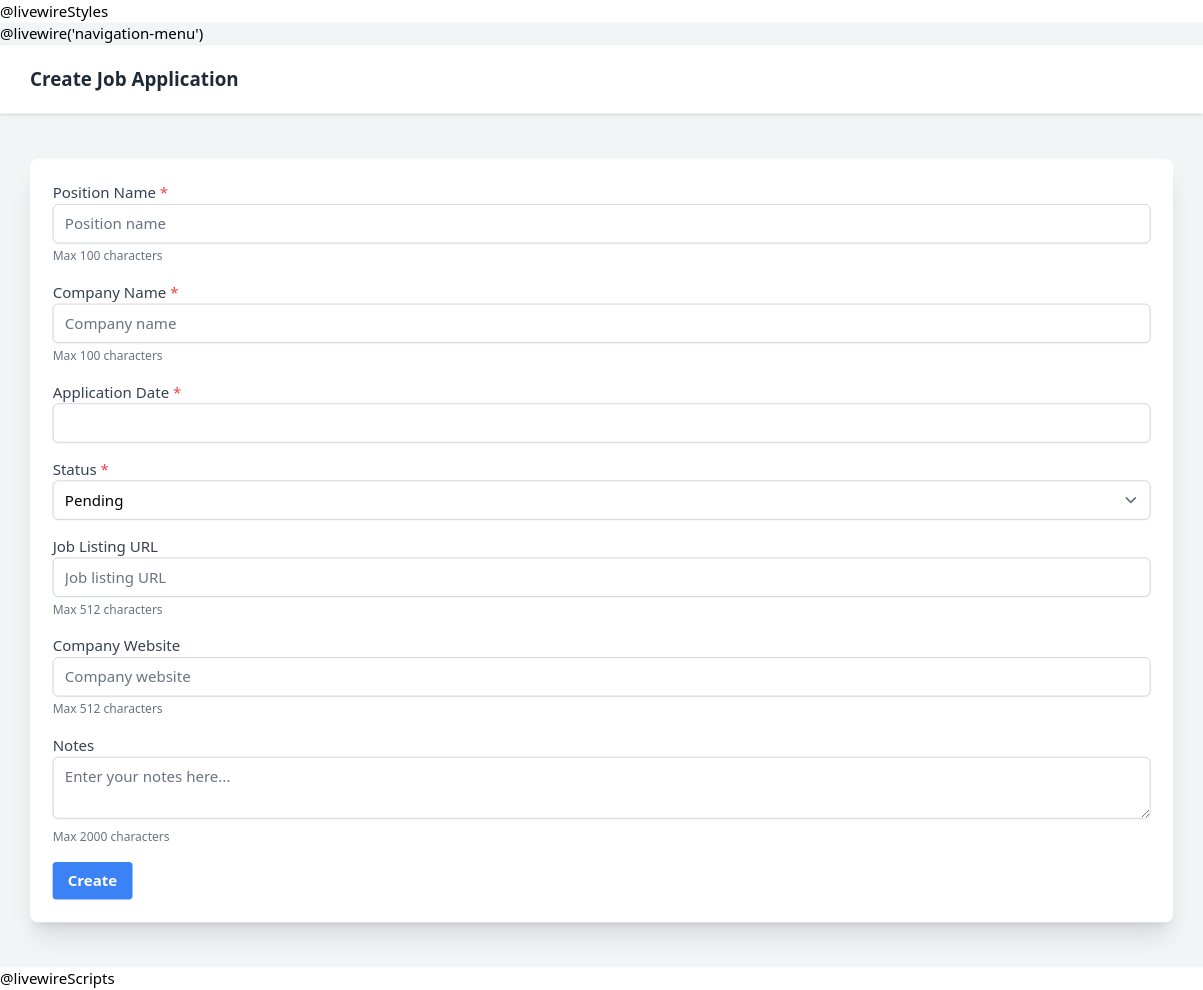
Repository: asanduk/vodafone
Page: resources/views/job-applications/create.blade.php
These files come from the project's save history. The page is drawn as it stood at one moment and after the next save; the edit follows.
The browser window is 1280 px wide. The pictures show the whole page, at 94% of full size.
An inner scrolling area shows only its first screen. The page is served by the project's Laravel application, run on PHP 8.4 with Laravel 12. Other server files are loaded and not shown. The template is opened directly, without the code that normally fills it, so the values that code supplies are empty.

Above is the page before, as saved 2024-11-18 22:48:29.

### routes/web.php
<?php

use Illuminate\Support\Facades\Route;
use App\Http\Controllers\JobApplicationController;
use App\Http\Controllers\HomeController;

Route::get('/', function () {
    return view('welcome');
});

Route::get('job-applications/export', [JobApplicationController::class, 'export'])->name('job-applications.export');


Route::middleware([
    'auth:sanctum',
    config('jetstream.auth_session'),
    'verified',
])->group(function () {
    // Dashboard görünümü için HomeController kullanımı
    Route::get('/dashboard', [HomeController::class, 'index'])->name('dashboard');
});

// İş başvuruları için resource controller tanımlamaları
Route::middleware(['auth:sanctum', 'verified'])->group(function () {
    Route::resource('job-applications', JobApplicationController::class);
});

### resources/views/job-applications/create.blade.php
<x-app-layout>
    <x-slot name="header">
        <h2 class="font-semibold text-xl text-gray-800 leading-tight">
            {{ __('Create Job Application') }}
        </h2>
    </x-slot>

    <div class="py-12">
        <div class="max-w-7xl mx-auto sm:px-6 lg:px-8">
            <div class="bg-white overflow-hidden shadow-xl sm:rounded-lg p-6">
                <form action="{{ route('job-applications.store') }}" method="POST">
                    @csrf

                    <div class="form-group mb-4">
                        <label for="position" class="block text-gray-700 font-medium">Position Name <span class="text-red-500">*</span></label>
                        <input type="text" name="position" id="position" class="form-control w-full border border-gray-300 rounded-md shadow-sm focus:ring focus:ring-blue-500" required maxlength="100" placeholder="Position name">
                        <small class="text-gray-500">Max 100 characters</small>
                    </div>

                    <div class="form-group mb-4">
                        <label for="company_name" class="block text-gray-700 font-medium">Company Name <span class="text-red-500">*</span></label>
                        <input type="text" name="company_name" id="company_name" class="form-control w-full border border-gray-300 rounded-md shadow-sm focus:ring focus:ring-blue-500" required maxlength="100" placeholder="Company name">
                        <small class="text-gray-500">Max 100 characters</small>
                    </div>

                    <div class="form-group mb-4">
                        <label for="applied_at" class="block text-gray-700 font-medium">Application Date <span class="text-red-500">*</span></label>
                        <input type="date" name="applied_at" id="applied_at" class="form-control w-full border border-gray-300 rounded-md shadow-sm focus:ring focus:ring-blue-500" required>
                    </div>

                    <div class="form-group mb-4">
                        <label for="status" class="block text-gray-700 font-medium">Status <span class="text-red-500">*</span></label>
                        <select name="status" id="status" class="form-control w-full border border-gray-300 rounded-md shadow-sm focus:ring focus:ring-blue-500">
                            <option value="pending">Pending</option>
                            <option value="interview">Interview Scheduled</option>
                            <option value="rejected">Rejected</option>
                            <option value="offered">Offer Received</option>
                        </select>
                    </div>

                    <div class="form-group mb-4">
                        <label for="job_listing_url" class="block text-gray-700 font-medium">Job Listing URL</label>
                        <input type="url" name="job_listing_url" id="job_listing_url" class="form-control w-full border border-gray-300 rounded-md shadow-sm focus:ring focus:ring-blue-500" maxlength="512" placeholder="Job listing URL">
                        <small class="text-gray-500">Max 512 characters</small>
                    </div>

                    <div class="form-group mb-4">
                        <label for="company_website_url" class="block text-gray-700 font-medium">Company Website</label>
                        <input type="url" name="company_website_url" id="company_website_url" class="form-control w-full border border-gray-300 rounded-md shadow-sm focus:ring focus:ring-blue-500" maxlength="512" placeholder="Company website">
                        <small class="text-gray-500">Max 512 characters</small>
                    </div>

                    <div class="form-group mb-4">
                        <label for="notes" class="block text-gray-700 font-medium">Notes</label>
                        <textarea name="notes" id="notes" class="form-control w-full border border-gray-300 rounded-md shadow-sm focus:ring focus:ring-blue-500" maxlength="2000" placeholder="Enter your notes here..."></textarea>
                        <small class="text-gray-500">Max 2000 characters</small>
                    </div>

                    <button type="submit" class="bg-blue-500 hover:bg-blue-700 text-white font-bold py-2 px-4 rounded">
                        Create
                    </button>

                    @if ($errors->any())
                        <div class="mt-4">
                            <ul class="text-red-500">
                                @foreach ($errors->all() as $error)
                                    <li>{{ $error }}</li>
                                @endforeach
                            </ul>
                        </div>
                    @endif
                </form>
            </div>
        </div>
    </div>
</x-app-layout>

### resources/views/layouts/app.blade.php
<!DOCTYPE html>
<html lang="{{ str_replace('_', '-', app()->getLocale()) }}">
    <head>
        <meta charset="utf-8">
        <meta name="viewport" content="width=device-width, initial-scale=1">
        <title>{{ config('app.name', 'Jobify') }}</title>

        <!-- Fonts -->
        <link href="https://cdn.jsdelivr.net/npm/tailwindcss@2.2.19/dist/tailwind.min.css" rel="stylesheet">
        <link rel="stylesheet" href="https://cdnjs.cloudflare.com/ajax/libs/font-awesome/6.0.0-beta3/css/all.min.css">

        <link rel="stylesheet" href="https://fonts.bunny.net/css2?family=Nunito:wght@400;600;700&display=swap">
                 <!-- Pickadate.js CSS -->
                 <link rel="stylesheet" href="{{ asset('pickadate/lib/themes/default.css') }}">
                 <link rel="stylesheet" href="{{ asset('pickadate/lib/themes/default.date.css') }}">

                 <!-- jQuery (Pickadate.js için gerekli) -->
                 <script src="https://code.jquery.com/jquery-3.6.0.min.js"></script>

                 <!-- Pickadate.js JS -->
                 <script src="{{ asset('pickadate/lib/picker.js') }}"></script>
                 <script src="{{ asset('pickadate/lib/picker.date.js') }}"></script>

                 <script>
                     $(document).ready(function() {
                         $('#applied_at').pickadate({
                             format: 'yyyy-mm-dd', // Tarih formatını ayarlayın
                             // Diğer ayarları buraya ekleyebilirsiniz
                         });
                     });
                 </script>
        <!-- Styles -->
        @vite(['resources/css/app.css', 'resources/js/app.js'])
        @livewireStyles
    </head>
    <body class="font-sans antialiased">
        <div class="min-h-screen bg-gray-100">
            @livewire('navigation-menu')

            <!-- Page Heading -->
            @if (isset($header))
                <header class="bg-white shadow">
                    <div class="max-w-7xl mx-auto py-6 px-4 sm:px-6 lg:px-8">
                        {{ $header }}
                    </div>
                </header>
            @endif

            <!-- Page Content -->
            <main>
                {{ $slot }}
            </main>
        </div>

        @stack('modals')

        @livewireScripts
    </body>
</html>

Loaded but not shown: app/View/Components/AppLayout.php (common file); public/pickadate/lib/themes/default.css (library); public/pickadate/lib/themes/default.date.css (library); public/pickadate/lib/picker.js (library); public/pickadate/lib/picker.date.js (library)

After the next save:
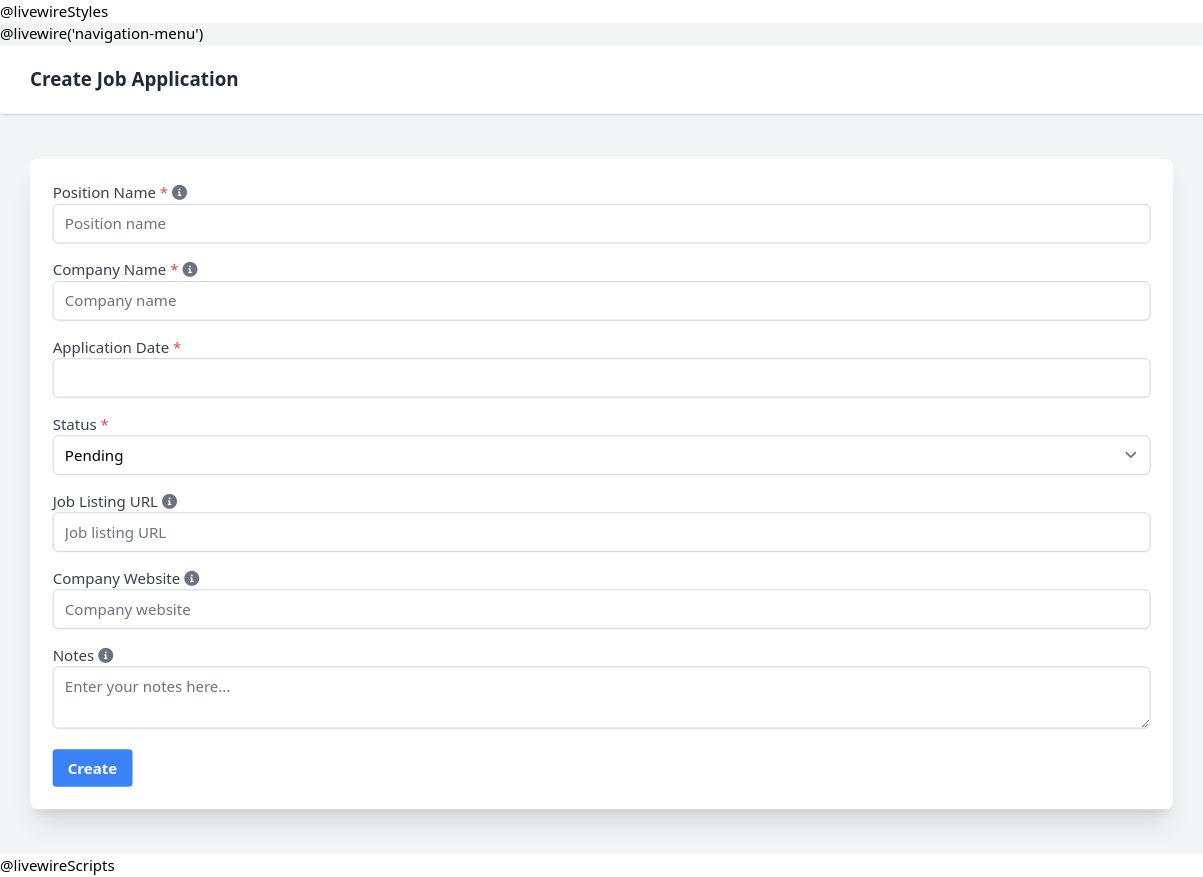
Saved 72 s later.
--- a/resources/views/job-applications/create.blade.php
+++ b/resources/views/job-applications/create.blade.php
@@ -12,15 +12,17 @@
                     @csrf
 
                     <div class="form-group mb-4">
-                        <label for="position" class="block text-gray-700 font-medium">Position Name <span class="text-red-500">*</span></label>
+                        <label for="position" class="block text-gray-700 font-medium">Position Name <span class="text-red-500">*</span>
+                            <i class="fas fa-info-circle text-gray-500 cursor-pointer" title="Max 100 characters"></i>
+                        </label>
                         <input type="text" name="position" id="position" class="form-control w-full border border-gray-300 rounded-md shadow-sm focus:ring focus:ring-blue-500" required maxlength="100" placeholder="Position name">
-                        <small class="text-gray-500">Max 100 characters</small>
                     </div>
 
                     <div class="form-group mb-4">
-                        <label for="company_name" class="block text-gray-700 font-medium">Company Name <span class="text-red-500">*</span></label>
+                        <label for="company_name" class="block text-gray-700 font-medium">Company Name <span class="text-red-500">*</span>
+                            <i class="fas fa-info-circle text-gray-500 cursor-pointer" title="Max 100 characters"></i>
+                        </label>
                         <input type="text" name="company_name" id="company_name" class="form-control w-full border border-gray-300 rounded-md shadow-sm focus:ring focus:ring-blue-500" required maxlength="100" placeholder="Company name">
-                        <small class="text-gray-500">Max 100 characters</small>
                     </div>
 
                     <div class="form-group mb-4">
@@ -39,21 +41,24 @@
                     </div>
 
                     <div class="form-group mb-4">
-                        <label for="job_listing_url" class="block text-gray-700 font-medium">Job Listing URL</label>
+                        <label for="job_listing_url" class="block text-gray-700 font-medium">Job Listing URL
+                            <i class="fas fa-info-circle text-gray-500 cursor-pointer" title="Max 512 characters"></i>
+                        </label>
                         <input type="url" name="job_listing_url" id="job_listing_url" class="form-control w-full border border-gray-300 rounded-md shadow-sm focus:ring focus:ring-blue-500" maxlength="512" placeholder="Job listing URL">
-                        <small class="text-gray-500">Max 512 characters</small>
                     </div>
 
                     <div class="form-group mb-4">
-                        <label for="company_website_url" class="block text-gray-700 font-medium">Company Website</label>
+                        <label for="company_website_url" class="block text-gray-700 font-medium">Company Website
+                            <i class="fas fa-info-circle text-gray-500 cursor-pointer" title="Max 512 characters"></i>
+                        </label>
                         <input type="url" name="company_website_url" id="company_website_url" class="form-control w-full border border-gray-300 rounded-md shadow-sm focus:ring focus:ring-blue-500" maxlength="512" placeholder="Company website">
-                        <small class="text-gray-500">Max 512 characters</small>
                     </div>
 
                     <div class="form-group mb-4">
-                        <label for="notes" class="block text-gray-700 font-medium">Notes</label>
+                        <label for="notes" class="block text-gray-700 font-medium">Notes
+                            <i class="fas fa-info-circle text-gray-500 cursor-pointer" title="Max 2000 characters"></i>
+                        </label>
                         <textarea name="notes" id="notes" class="form-control w-full border border-gray-300 rounded-md shadow-sm focus:ring focus:ring-blue-500" maxlength="2000" placeholder="Enter your notes here..."></textarea>
-                        <small class="text-gray-500">Max 2000 characters</small>
                     </div>
 
                     <button type="submit" class="bg-blue-500 hover:bg-blue-700 text-white font-bold py-2 px-4 rounded">

After the save that followed:
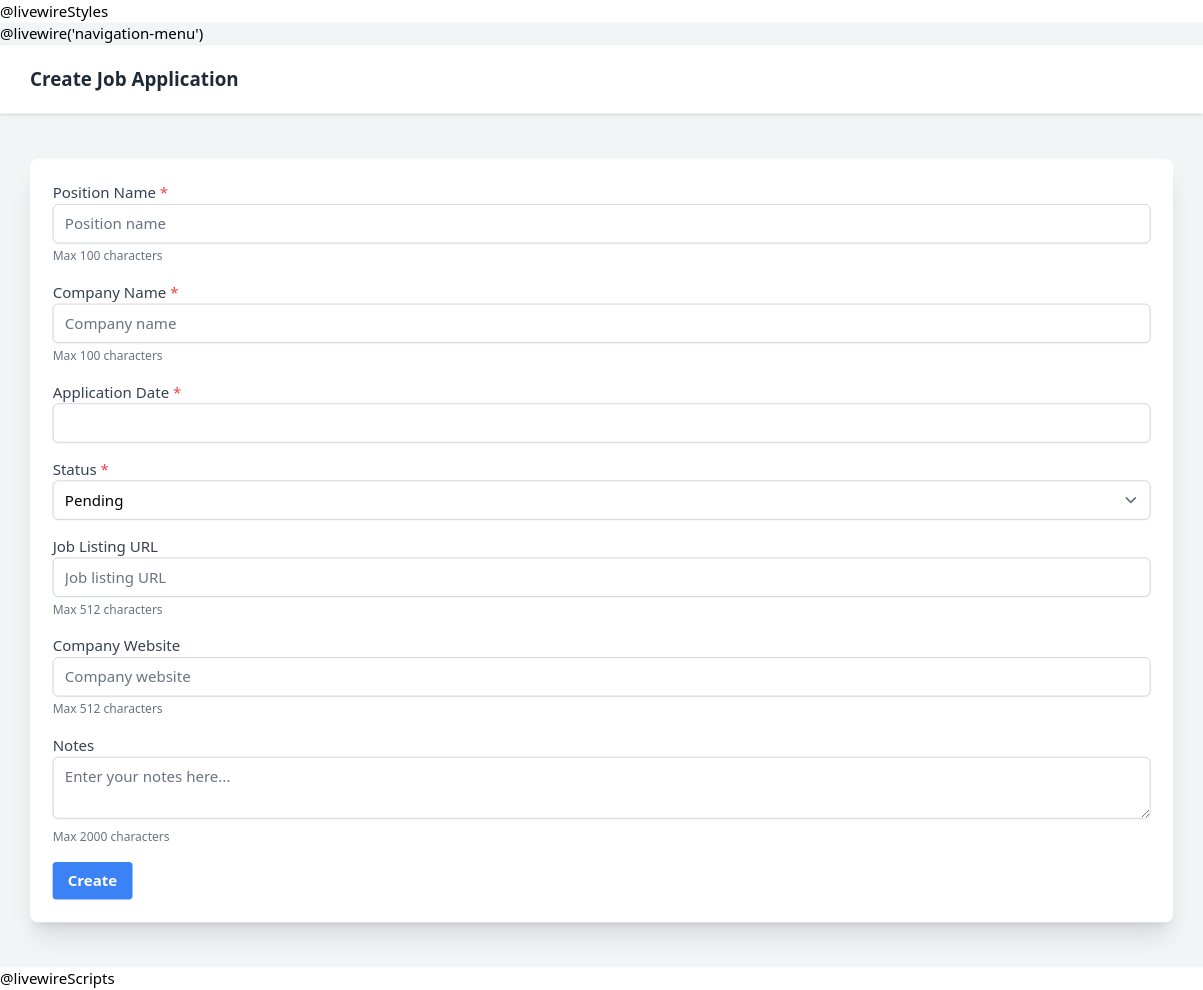
Saved 13 s later.
--- a/resources/views/job-applications/create.blade.php
+++ b/resources/views/job-applications/create.blade.php
@@ -12,17 +12,15 @@
                     @csrf
 
                     <div class="form-group mb-4">
-                        <label for="position" class="block text-gray-700 font-medium">Position Name <span class="text-red-500">*</span>
-                            <i class="fas fa-info-circle text-gray-500 cursor-pointer" title="Max 100 characters"></i>
-                        </label>
+                        <label for="position" class="block text-gray-700 font-medium">Position Name <span class="text-red-500">*</span></label>
                         <input type="text" name="position" id="position" class="form-control w-full border border-gray-300 rounded-md shadow-sm focus:ring focus:ring-blue-500" required maxlength="100" placeholder="Position name">
+                        <small class="text-gray-500">Max 100 characters</small>
                     </div>
 
                     <div class="form-group mb-4">
-                        <label for="company_name" class="block text-gray-700 font-medium">Company Name <span class="text-red-500">*</span>
-                            <i class="fas fa-info-circle text-gray-500 cursor-pointer" title="Max 100 characters"></i>
-                        </label>
+                        <label for="company_name" class="block text-gray-700 font-medium">Company Name <span class="text-red-500">*</span></label>
                         <input type="text" name="company_name" id="company_name" class="form-control w-full border border-gray-300 rounded-md shadow-sm focus:ring focus:ring-blue-500" required maxlength="100" placeholder="Company name">
+                        <small class="text-gray-500">Max 100 characters</small>
                     </div>
 
                     <div class="form-group mb-4">
@@ -41,24 +39,21 @@
                     </div>
 
                     <div class="form-group mb-4">
-                        <label for="job_listing_url" class="block text-gray-700 font-medium">Job Listing URL
-                            <i class="fas fa-info-circle text-gray-500 cursor-pointer" title="Max 512 characters"></i>
-                        </label>
+                        <label for="job_listing_url" class="block text-gray-700 font-medium">Job Listing URL</label>
                         <input type="url" name="job_listing_url" id="job_listing_url" class="form-control w-full border border-gray-300 rounded-md shadow-sm focus:ring focus:ring-blue-500" maxlength="512" placeholder="Job listing URL">
+                        <small class="text-gray-500">Max 512 characters</small>
                     </div>
 
                     <div class="form-group mb-4">
-                        <label for="company_website_url" class="block text-gray-700 font-medium">Company Website
-                            <i class="fas fa-info-circle text-gray-500 cursor-pointer" title="Max 512 characters"></i>
-                        </label>
+                        <label for="company_website_url" class="block text-gray-700 font-medium">Company Website</label>
                         <input type="url" name="company_website_url" id="company_website_url" class="form-control w-full border border-gray-300 rounded-md shadow-sm focus:ring focus:ring-blue-500" maxlength="512" placeholder="Company website">
+                        <small class="text-gray-500">Max 512 characters</small>
                     </div>
 
                     <div class="form-group mb-4">
-                        <label for="notes" class="block text-gray-700 font-medium">Notes
-                            <i class="fas fa-info-circle text-gray-500 cursor-pointer" title="Max 2000 characters"></i>
-                        </label>
+                        <label for="notes" class="block text-gray-700 font-medium">Notes</label>
                         <textarea name="notes" id="notes" class="form-control w-full border border-gray-300 rounded-md shadow-sm focus:ring focus:ring-blue-500" maxlength="2000" placeholder="Enter your notes here..."></textarea>
+                        <small class="text-gray-500">Max 2000 characters</small>
                     </div>
 
                     <button type="submit" class="bg-blue-500 hover:bg-blue-700 text-white font-bold py-2 px-4 rounded">
